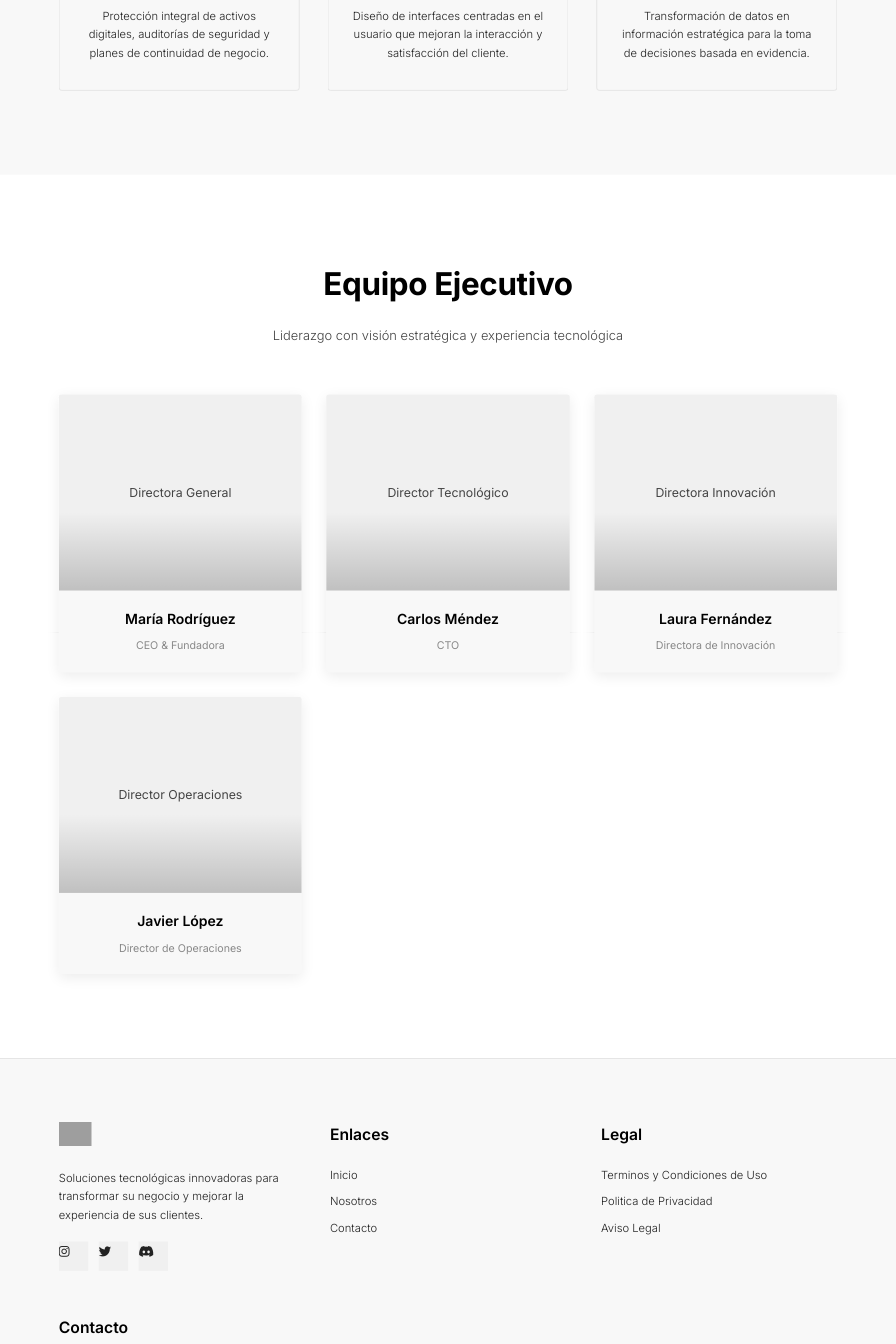
Repository: VEKO-Corp/veko-web
Page: index.html
An editor plug-in stored every save of this project. The page is shown before and after the next save, followed by the edit.
The browser window is 1280 px wide. The pictures show the part of the page from y = 2611 to 4531 px (the page is 4827 px tall before and 3566 px after), at 70% of full size.
Pictures or frames that could not be fetched are drawn as grey boxes.

Above is the page before, as saved 2025-08-11 20:31:56.

After the next save:
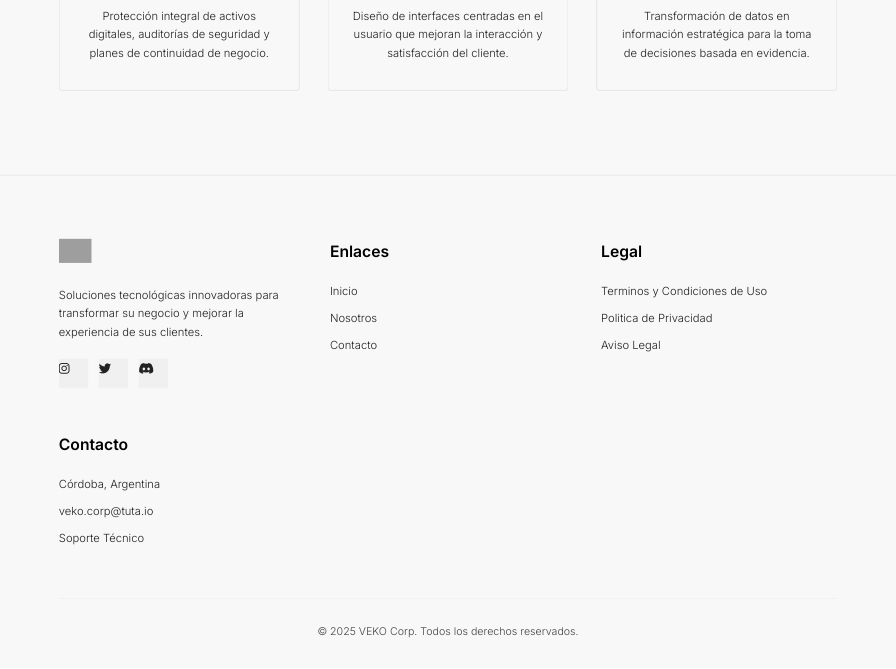
Saved 38 s later.
--- a/index.html
+++ b/index.html
@@ -117,50 +117,6 @@
         </div>
     </section>
 
-    <!-- Sección Equipo -->
-    <section id="equipo">
-        <div class="container">
-            <div class="section-title fade-in">
-                <h2>Equipo Ejecutivo</h2>
-                <p>Liderazgo con visión estratégica y experiencia tecnológica</p>
-            </div>
-
-            <div class="team-grid">
-                <div class="team-member fade-in delay-1">
-                    <div class="member-photo">Directora General</div>
-                    <div class="member-info">
-                        <h4>María Rodríguez</h4>
-                        <p>CEO & Fundadora</p>
-                    </div>
-                </div>
-
-                <div class="team-member fade-in delay-2">
-                    <div class="member-photo">Director Tecnológico</div>
-                    <div class="member-info">
-                        <h4>Carlos Méndez</h4>
-                        <p>CTO</p>
-                    </div>
-                </div>
-
-                <div class="team-member fade-in delay-3">
-                    <div class="member-photo">Directora Innovación</div>
-                    <div class="member-info">
-                        <h4>Laura Fernández</h4>
-                        <p>Directora de Innovación</p>
-                    </div>
-                </div>
-
-                <div class="team-member fade-in delay-4">
-                    <div class="member-photo">Director Operaciones</div>
-                    <div class="member-info">
-                        <h4>Javier López</h4>
-                        <p>Director de Operaciones</p>
-                    </div>
-                </div>
-            </div>
-        </div>
-    </section>
-
     <!-- Footer -->
     <footer>
         <div class="container">
